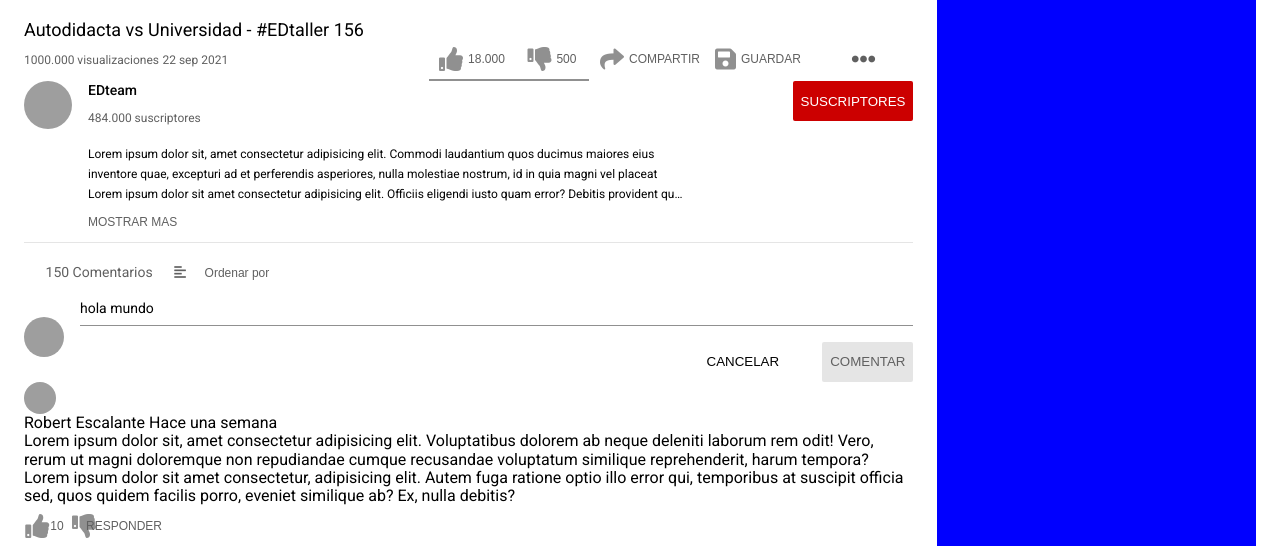
Repository: RobertAries28/ClonYoutube
Page: video.html
The author's editor kept a copy of each file at every save. The page is drawn from the files as they stood at one save, then again after the next save.
The browser window is 1280 px wide. The pictures show the part of the page from y = 580 to 1126 px (the page is 1126 px tall).
Pictures or frames that could not be fetched are drawn as grey boxes. Some web libraries are served in a nearby version.

Above is the page before, as saved 2021-09-26 10:51:16.

After the next save:
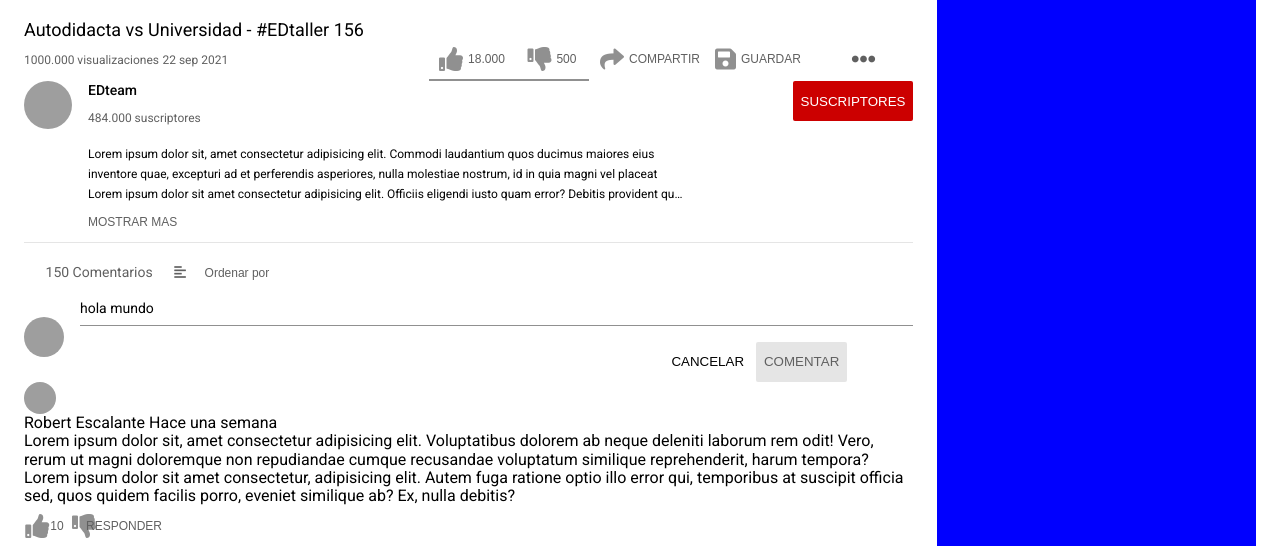
Saved 37 s later.
--- a/style.css
+++ b/style.css
@@ -719,8 +719,8 @@ hr.big{
     width: 30%;
 }
 
-.buttons-container{
-    display: flex;
-
-
-}
+.content .buttons-container{
+    display: flex;
+
+
+}
